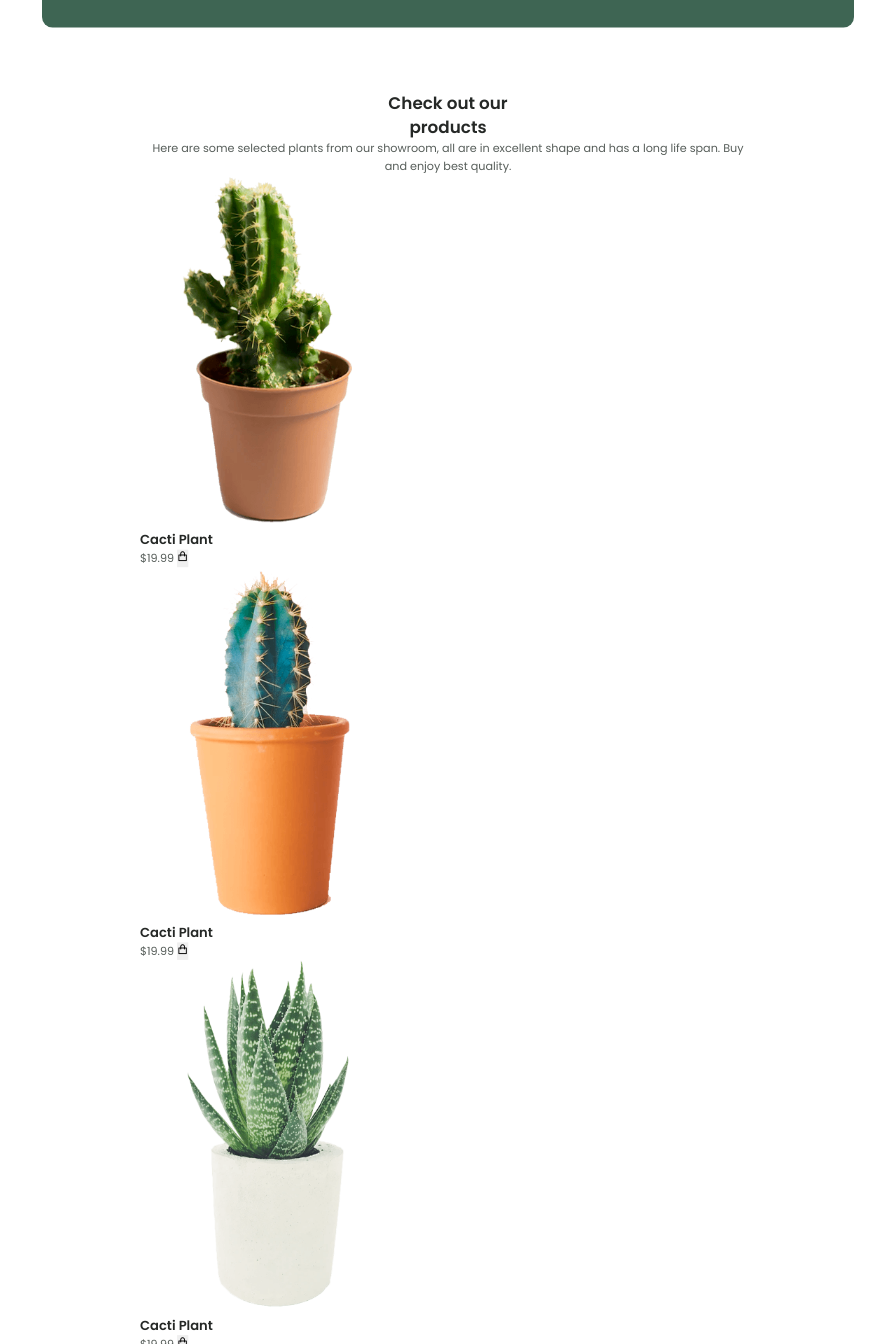
Repository: OmniaRafat232111121/plantwebsite
Page: index.html
An editor plug-in stored every save of this project. The page is shown before and after the next save, followed by the edit.
The browser window is 1280 px wide. The pictures show the part of the page from y = 1576 to 3496 px (the page is 5221 px tall before and 3021 px after), at 70% of full size.

Above is the page before, as saved 2023-01-05 06:08:56.

After the next save:
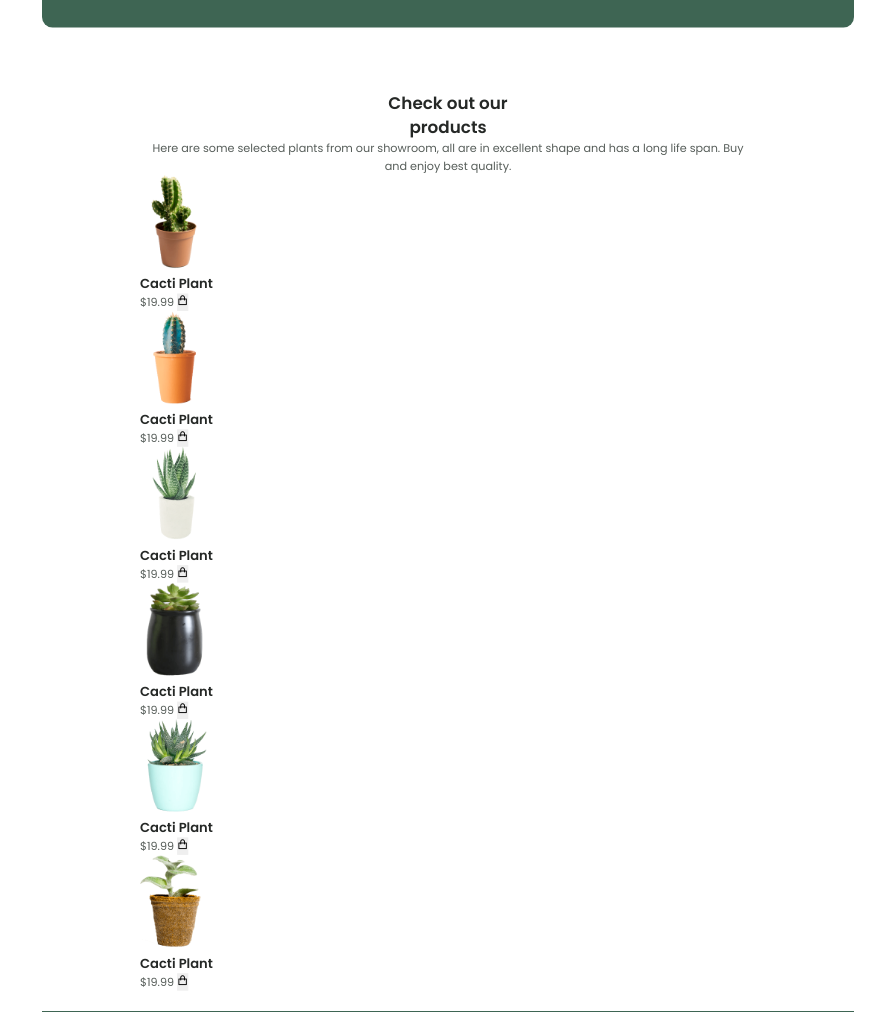
Saved 14 s later.
--- a/assets/css/styles.css
+++ b/assets/css/styles.css
@@ -517,7 +517,7 @@ grid-template-columns: repeat(auto-fit, minmax(300px, 1fr));
 grid-gap:10px;
 
 }
-.products-container .products-boxes .box img{
+ .products-boxes .box img{
   max-width: 100%;
    position: relative;
   width: 100px;
